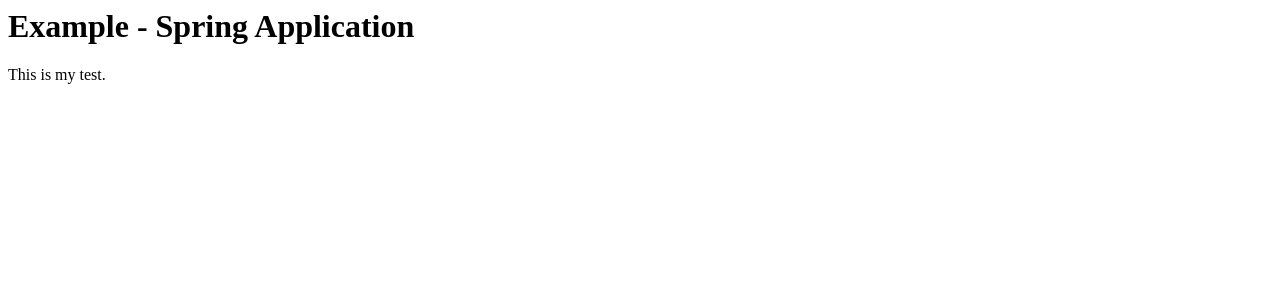
Repository: felipebuitrago75/ControlDeParejas
Page: http://localhost/springApp/
An editor plug-in stored every save of this project. The page is shown before and after the next save, followed by the edit.
The browser window is 1280 px wide. The pictures show the whole page.
The page is served by Tomcat 9.

Above is the page before, as saved 2016-03-10 05:30:59.

After the next save:
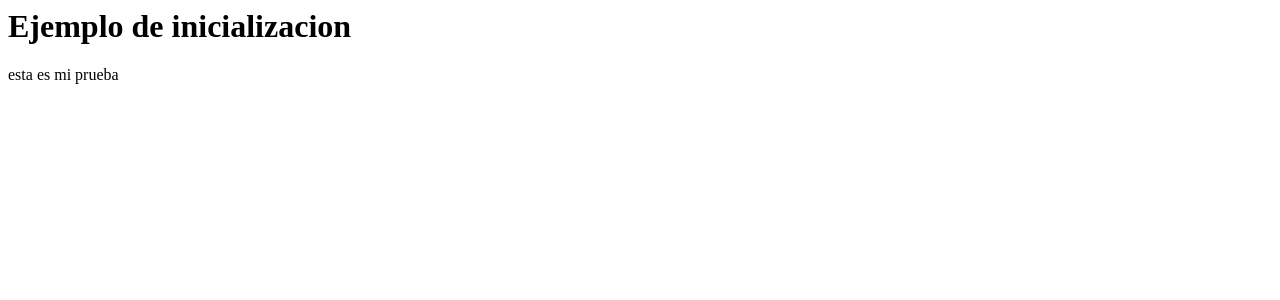
Saved 2 min 5 s later.
--- a/Implementacíon/springApp/src/main/webapp/index.jsp
+++ b/Implementacíon/springApp/src/main/webapp/index.jsp
@@ -1,7 +1,7 @@
 <html>
   <head><title>Example :: Spring Application</title></head>
   <body>
-    <h1>Example - Spring Application</h1>
-    <p>This is my test.</p>
+    <h1>Ejemplo de inicializacion</h1>
+    <p>esta es mi prueba</p>
   </body>
 </html>
